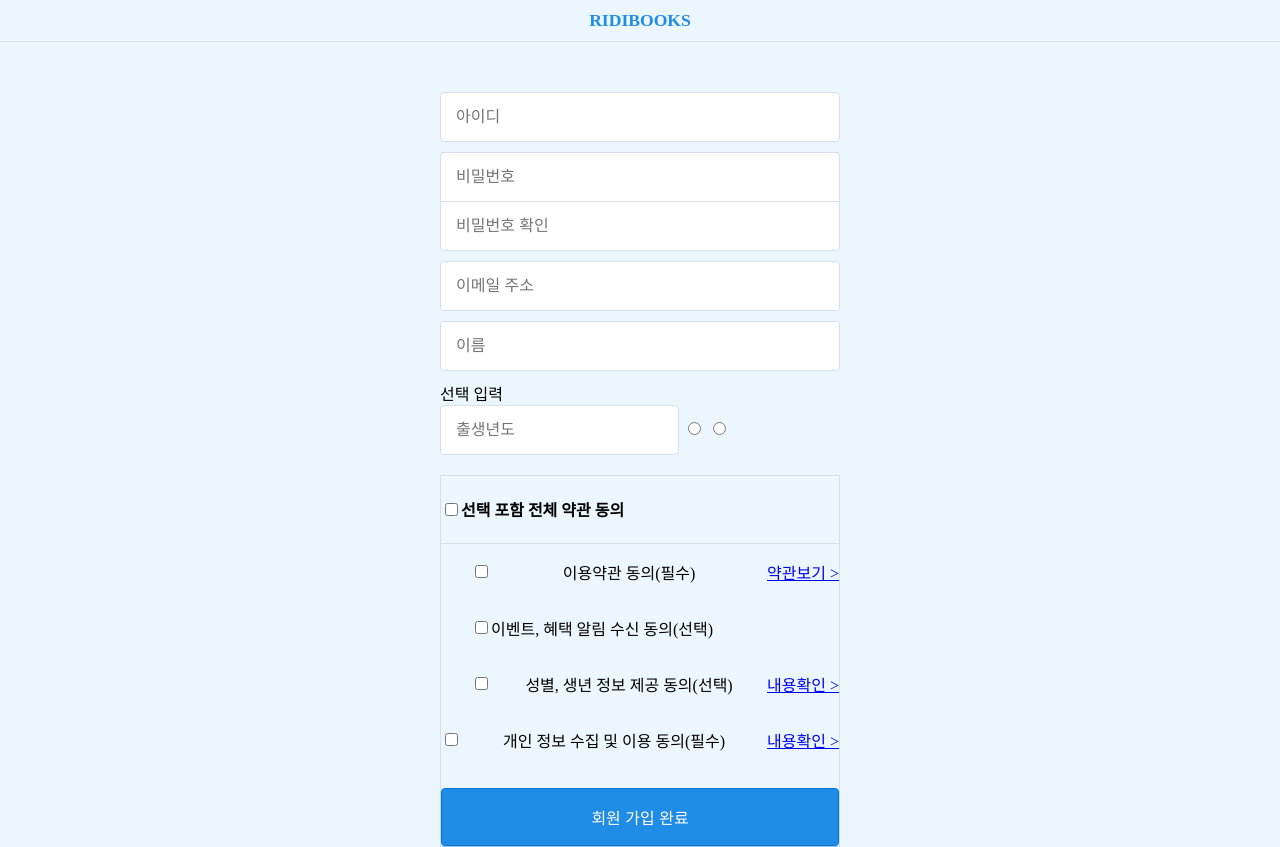
Repository: mega-teamproject/teamproject1
Page: html/join2.html
An editor plug-in stored every save of this project. The page is shown before and after the next save, followed by the edit.
The browser window is 1280 px wide. The pictures show the whole page.

Above is the page before, as saved 2021-12-27 01:34:34.

### html/join2.html
<!DOCTYPE html>
<html lang="ko">
  <head>
    <meta charset="UTF-8" />
    <meta http-equiv="X-UA-Compatible" content="IE=edge" />
    <meta name="viewport" content="width=device-width, initial-scale=1.0" />
    <title>insert page title</title>
    <link rel="stylesheet" href="../css/join2.css" />
  </head>
  <body>
    <div class="container">
      <header>
        <h3>
          <a href="index.html">RIDIBOOKS</a>
        </h3>
      </header>
      <form action="">
        <input type="text" class="mt-b" placeholder="아이디" />
        <input type="password" name="pwd" id="pwd" placeholder="비밀번호" />
        <input
          type="password"
          name="pwdCheck"
          id="pwdCheck"
          placeholder="비밀번호 확인"
          class="mt-b"
        />
        <input
          type="email"
          name="mail"
          id="mail"
          class="mt-b"
          placeholder="이메일 주소"
        />
        <input
          type="text"
          name="name"
          id="name"
          class="mt-b"
          placeholder="이름"
        />
        <div class="birth&gender mt-b">
          <label for="gender">선택 입력</label> <br />
          <input type="text" placeholder="출생년도" />
          <input type="radio" name="gender" value="남" />
          <input type="radio" name="gender" value="여" />
        </div>
        <div class="terms">
          <div class="allAgree agree">
            <input type="checkbox" name="all" id="all" />
            <h4>선택 포함 전체 약관 동의</h4>
          </div>
          <div class="termAgree agree m-l space">
            <input type="checkbox" name="term" id="term" />
            <p>이용약관 동의(필수)</p>
            <a href="#">약관보기 ></a>
          </div>
          <div class="alarmAgree agree m-l">
            <input type="checkbox" name="alarm" id="alarm" />
            <p>이벤트, 혜택 알림 수신 동의(선택)</p>
          </div>
          <div class="infoAgree agree m-l space">
            <input type="checkbox" name="info" id="info" />
            <p>성별, 생년 정보 제공 동의(선택)</p>
            <a href="#">내용확인 ></a>
          </div>
          <div class="personalAgree agree space">
            <input type="checkbox" name="personalInfo" id="personalInfo" />
            <p>개인 정보 수집 및 이용 동의(필수)</p>
            <a href="#">내용확인 ></a>
          </div>
          <div class="complete">
            <button
              class="submit-login"
              type="button"
              onclick="location.href='join2.html'"
            >
              회원 가입 완료
            </button>
          </div>
        </div>
      </form>
    </div>
  </body>
</html>

### css/join2.css
* {
  box-sizing: border-box;
}

body {
  margin: 0;
  background-color: #ebf6ff;
}

header {
  margin-bottom: 50px;
}

h3 {
  border-bottom: 1px solid #d6deeb;
  text-align: center;
  margin: 0;
  padding: 10px 0;
  font-size: 1.1rem;
  font-weight: bolder;
}

h3 a {
  text-decoration: none;
  color: #1f8ce6;
  font-weight: bold;
}
form {
  display: flex;
  flex-flow: column;
  width: 400px;
  margin: 0 auto;
}

form input {
  padding: 15px;
  border: 1px solid #d6deeb;
  border-radius: 4px;
  font-size: 1em;
}

input.mt-b {
  margin-bottom: 10px;
}

input#pwd {
  border-bottom: none;
  border-radius: 4px 4px 0 0;
}

input#pwdCheck {
  border-radius: 0 0 4px 4px;
}

.terms {
  border: 1px solid #d6deeb;
  margin-top: 20px;
  display: flex;
  flex-flow: column;
}
.allAgree {
  border-bottom: 1px solid #d6deeb;
}

.terms .agree {
  display: flex;
  align-items: center;
}

.terms .m-l {
  margin-left: 30px;
}

.terms .space {
  justify-content: space-between;
}

button.submit-login {
  width: 100%;
  padding: 16px 14px;
  margin: 20px 0;
  margin-bottom: 0;
  cursor: pointer;
  background-color: #1f8ce6;
  border: 1px solid #0077d9;
  border-radius: 4px;
  color: white;
  font-size: 1rem;
  font-weight: 570;
  box-shadow: 0 1px 1px 0 rgb(31 140 230 / 30%);
}

After the next save:
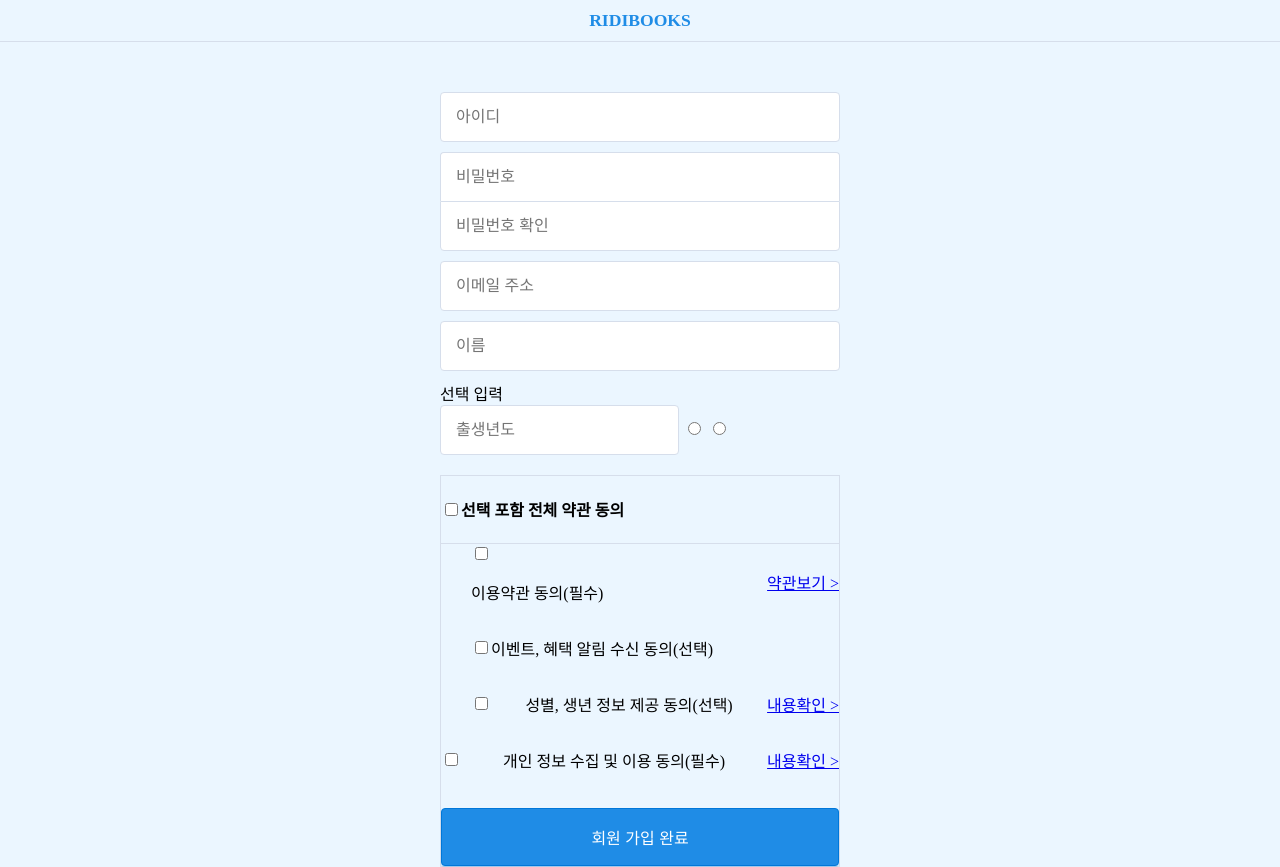
Saved 25 s later.
--- a/html/join2.html
+++ b/html/join2.html
@@ -50,8 +50,10 @@
             <h4>선택 포함 전체 약관 동의</h4>
           </div>
           <div class="termAgree agree m-l space">
-            <input type="checkbox" name="term" id="term" />
-            <p>이용약관 동의(필수)</p>
+            <div>
+              <input type="checkbox" name="term" id="term" />
+              <p>이용약관 동의(필수)</p>
+            </div>
             <a href="#">약관보기 ></a>
           </div>
           <div class="alarmAgree agree m-l">

After the save that followed:
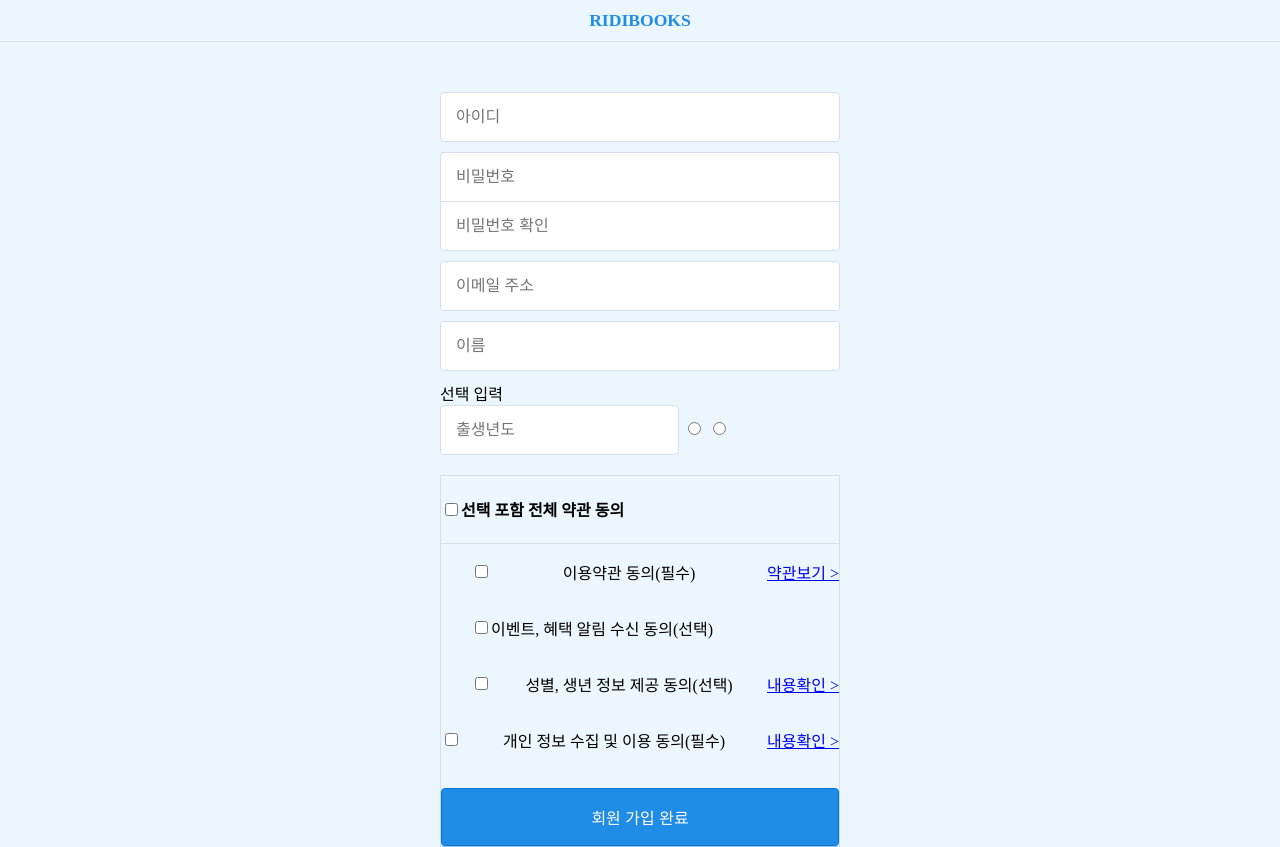
Saved 11 s later.
--- a/html/join2.html
+++ b/html/join2.html
@@ -50,10 +50,8 @@
             <h4>선택 포함 전체 약관 동의</h4>
           </div>
           <div class="termAgree agree m-l space">
-            <div>
-              <input type="checkbox" name="term" id="term" />
-              <p>이용약관 동의(필수)</p>
-            </div>
+            <input type="checkbox" name="term" id="term" />
+            <p>이용약관 동의(필수)</p>
             <a href="#">약관보기 ></a>
           </div>
           <div class="alarmAgree agree m-l">
